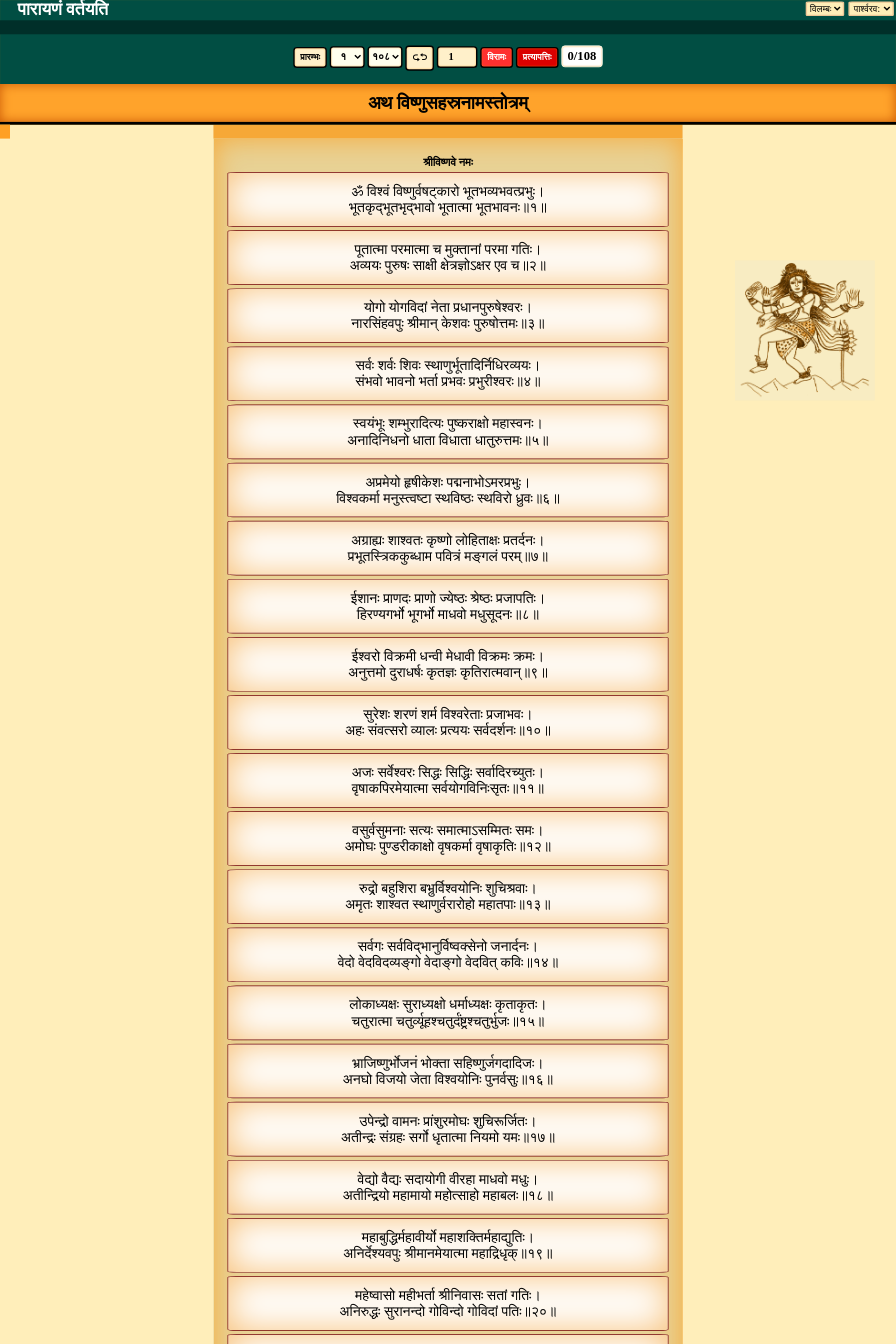
Repository: arshavak/vishnu-sahasranam
Page: index.html
The author's editor kept a copy of each file at every save. The page is drawn from the files as they stood at one save, then again after the next save.
The browser window is 1280 px wide. The pictures show the part of the page from y = 0 to 1920 px (the page is 9265 px tall), at 70% of full size.

Above is the page before, as saved 2024-12-30 13:06:49.
Not found: scripts/sanskrittime.js

After the next save:
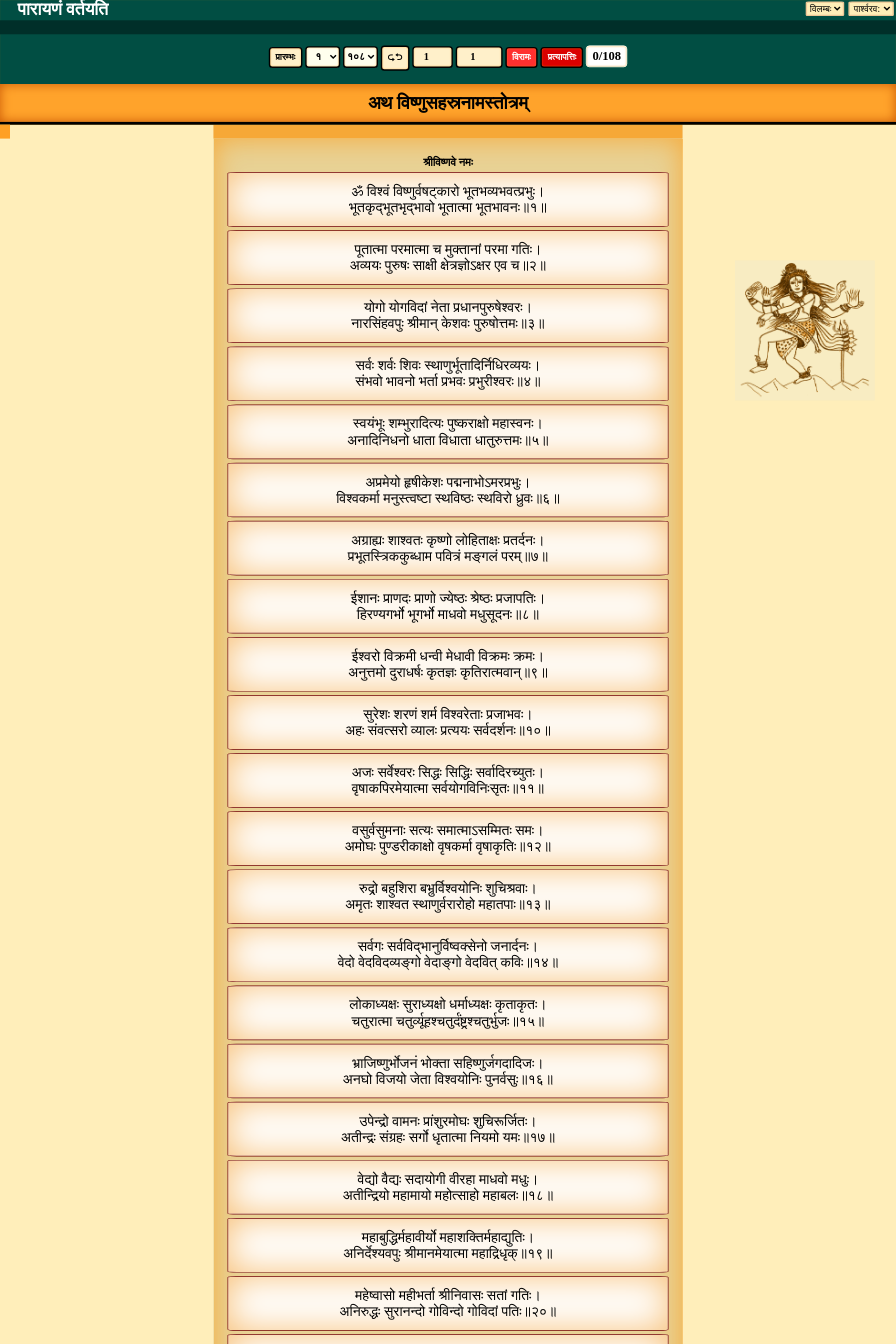
Saved 20 s later.
--- a/index.html
+++ b/index.html
@@ -33,7 +33,7 @@
       <input name="toggle_btn" type="checkbox" id="check"/>
       <input id="loop" class="loop" type="button" value="&#11150&#11148"/>
       <input id="repeat" value="1" max="99" min="1" type="number"/>
-      <!-- <input id="speed" value="1" max="4" min=".5" step="0.1" type="number"/>   -->
+      <input id="speed" value="1" max="4" min=".5" step="0.1" type="number"/>
       <input name="stop_button" class="psuGrup stop" type="button" value="विरामः"/>
       <input class="reset psuGrup" type="button" value="प्रत्यापत्तिः"/>
       <input id="suchna" type="button" class="psuGrup suchna"/>
